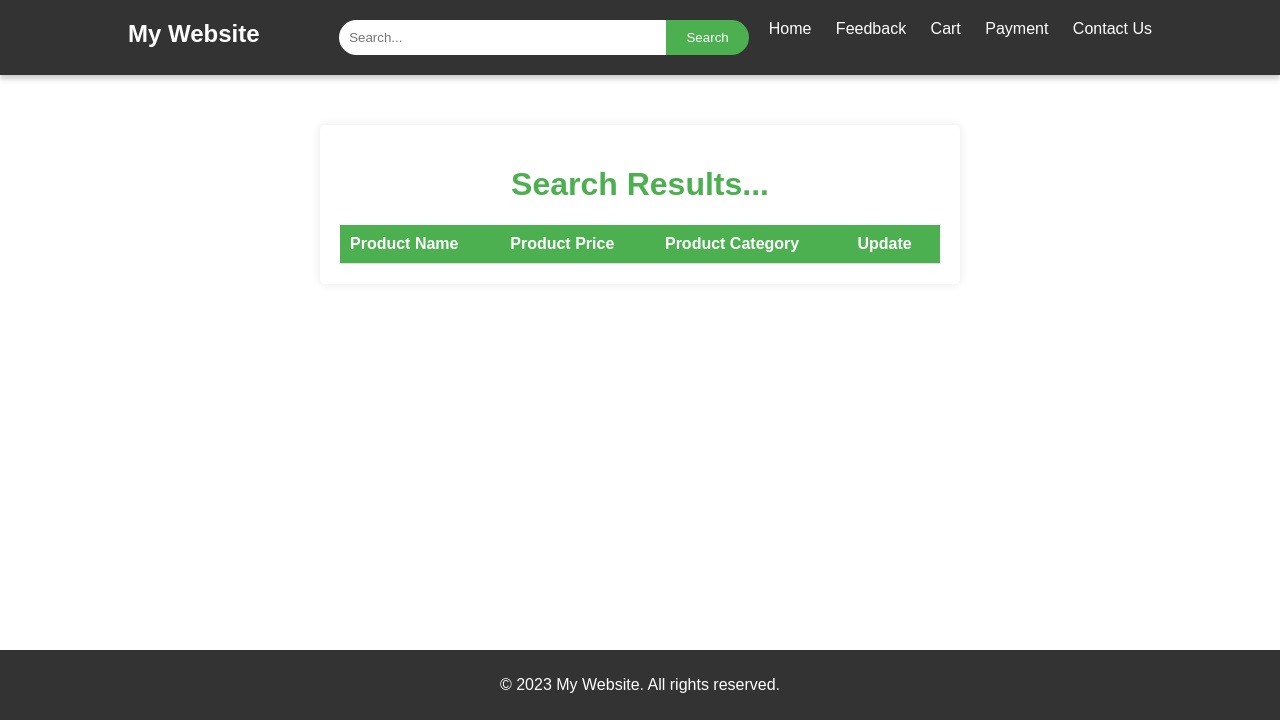
Repository: UrinduYatawakaa/OOP_project
Page: http://localhost/ProductDemo/AllServlet
The author's editor kept a copy of each file at every save. The page is drawn from the files as they stood at one save, then again after the next save.
The browser window is 1280 px wide. The pictures show the whole page.
The page is served by Tomcat 9. Other server files are loaded and not shown. Queries for data that is not in the repository find no rows.

Above is the page before, as saved 2023-10-24 14:22:24.

### oop project/ProductDemo/src/main/webapp/searchbarAdmin.jsp
<%@ page language="java" contentType="text/html; charset=ISO-8859-1"
    pageEncoding="ISO-8859-1"%>
    <%@taglib prefix="c" uri="http://java.sun.com/jsp/jstl/core"%>

<!DOCTYPE html>
<html lang="en">

<head>
    <meta charset="UTF-8">
    <meta name="viewport" content="width=device-width, initial-scale=1.0">
    <link rel="stylesheet" href="css/stylesheader.css" type="text/css">
    <link rel="stylesheet" href="css/category.css" type="text/css">
    <title>Simple Grocery Cart</title>
</head>
<header>
    <div class="container">
        <h1>My Website</h1>
        <nav>
            <ul>
                <li><a href="homePage.jsp">Home</a></li>
                <li><a href="#">Feedback</a></li>
                <li><a href="#">Cart</a></li>
                <li><a href="#">Payment</a></li>
                <li><a href="#">Contact Us</a></li>
            </ul>
        </nav>
        <div class="search-bar">
            <form action="log" method="post">
                <input type="text" name="ProductName" placeholder="Search...">
                <input type="submit" name="submit" value="Search">
            </form>
        </div>

    </div>
</header>

<body>
    <div class="container2">
        <h1>Search Results...</h1>
        <table class="cart">
            <thead>
                <tr>
                    <th>Product Name</th>
                    <th>Product Price</th>
                    <th>Product Category</th>
                    <th>Update</th>
                </tr>
            </thead>
            <c:forEach var="product" items = "${productDetails}" >

            <c:set var="id" value="${product.id}"/>
            <c:set var="name" value="${product.name}"/>
            <c:set var="price" value="${product.price}"/>
            <c:set var="category" value="${product.category}"/>

            <c:url value="updateProduct.jsp" var="productUpdate">
		    <c:param name="id" value="${id}"/>
		    <c:param name="name" value="${name}"/>
		    <c:param name="price" value="${price}"/>
		    <c:param name="category" value="${category}"/>
	        </c:url>

            <tbody>
                <tr>
                    <td>${product.name}</td>
                    <td>${product.price}</td>
                    <td>${product.category}</td>

                    <td>
                        <a href="${productUpdate}">
                            <input type="button" name="update" value="update value"  class="add-to-cart-button">
                            </a>
                    </td>
                </tr>

        </c:forEach>
        </tbody>

        </table>
    </div>
</body>
    <footer>
        <div class="container">
            <p>&copy; 2023 My Website. All rights reserved.</p>
        </div>
    </footer>


</html>

### oop project/ProductDemo/src/main/java/com/product/AllServlet.java
package com.product;

import java.io.IOException;
import java.util.List;

import javax.servlet.RequestDispatcher;
import javax.servlet.ServletException;
import javax.servlet.annotation.WebServlet;
import javax.servlet.http.HttpServlet;
import javax.servlet.http.HttpServletRequest;
import javax.servlet.http.HttpServletResponse;

@WebServlet("/AllServlet")
public class AllServlet extends HttpServlet {
	private static final long serialVersionUID = 1L;

	protected void doGet(HttpServletRequest request, HttpServletResponse response) throws ServletException, IOException {
		String category = request.getParameter("category");

		List<Product> productDetails = ProductDBUtil.getAll();
			request.setAttribute("productDetails", productDetails);

			RequestDispatcher dis = request.getRequestDispatcher("searchbarAdmin.jsp");
			dis.forward(request, response);



	}

}

### oop project/ProductDemo/src/main/java/com/product/ProductDBUtil.java
package com.product;
import java.sql.Connection;
import java.sql.DriverManager;
import java.sql.PreparedStatement;
import java.sql.ResultSet;
import java.sql.Statement;
import java.util.ArrayList;
import java.util.List;


public class ProductDBUtil {

	private static boolean isSuccess;
	private static Connection con = null;
	private static Statement stmt = null;
	private static ResultSet rs = null;

	public static List<Product> getProduct (String name){

		ArrayList<Product> product = new ArrayList<>();



		try {
			//String sql = "select * from product_details where product_name='%''"+name+"''%'";
			con = DBConnect.getConnction();
			stmt = con.createStatement();
			String sql = "SELECT * FROM product_details WHERE product_name LIKE '%" + name + "%'";
			rs = stmt.executeQuery(sql);

			if(rs.next()) {
				int id = rs.getInt(1);
				String productName = rs.getString(2);
				double price = rs.getDouble(3);
				String category = rs.getString(4);

				Product p = new Product(id,productName,price,category);
				product.add(p);
			}

		} catch (Exception e) {
			e.printStackTrace();
		}



		return product;

	}

	public static boolean InsertProduct(String name, String price, String category) {

		boolean isSuccess = false;


		try {
			con = DBConnect.getConnction();
			stmt = con.createStatement();
            double Price = Double.parseDouble(price); // Convert the String to a double

			String sql = "insert into product_details values (0,'"+name+"','"+Price+"','"+category+"')";
			int rs = stmt.executeUpdate(sql); //update to query

			if(rs>0) {
				isSuccess = true;
			} else {
				isSuccess = false;
			}

		} catch (Exception e) {
			e.printStackTrace();
		}


		return isSuccess;
	}

	public static boolean updateProduct(String id, String name, String price, String category) {

		try {
			con = DBConnect.getConnction();
			stmt = con.createStatement();

			double Price = Double.parseDouble(price);

			String sql = "update product_details set product_name='"+name+"', product_price='"+Price+"', product_category='"+category+"' where idproduct_details='"+id+"'";
			int rs = stmt.executeUpdate(sql);

			if(rs > 0) {
				isSuccess = true;
			} else {
				isSuccess = false;
			}

		} catch (Exception e) {
			e.printStackTrace();
		}

		return isSuccess;
	}

	public static List<Product> getProdcutDetails(String id){

		int convertID = Integer.parseInt(id);

		ArrayList<Product> product = new ArrayList<>();

		try {

			con = DBConnect.getConnction();
			stmt = con.createStatement();
			String sql = "SELECT * FROM product_details WHERE idproduct_details='" + convertID + "'";
			rs = stmt.executeQuery(sql);

			while(rs.next()) {
				int ID = rs.getInt(1);
				String productName = rs.getString(2);
				double price = rs.getDouble(3);
				String category = rs.getString(4);

				Product p = new Product(ID,productName,price,category);
				product.add(p);
			}


		} catch (Exception e) {
			e.printStackTrace();
		}

		return product;
	}


	public static List<Product> getCategory(String category){


		ArrayList<Product> product = new ArrayList<>();

		try {

			con = DBConnect.getConnction();
			stmt = con.createStatement();
			String sql = "SELECT * FROM product_details WHERE product_category='" + category + "'";
			rs = stmt.executeQuery(sql);

			while(rs.next()) {
				int ID = rs.getInt(1);
				String productName = rs.getString(2);
				double price = rs.getDouble(3);
				String categoryy = rs.getString(4);

				Product p = new Product(ID,productName,price,categoryy);
				product.add(p);
			}


		} catch (Exception e) {
			e.printStackTrace();
		}

		return product;
	}

//
public static List<Product> getAll(){


		ArrayList<Product> product = new ArrayList<>();

		try {

			con = DBConnect.getConnction();
			stmt = con.createStatement();
			String sql = "SELECT * FROM product_details";
			rs = stmt.executeQuery(sql);

			while(rs.next()) {
				int ID = rs.getInt(1);
				String productName = rs.getString(2);
				double price = rs.getDouble(3);
				String categoryy = rs.getString(4);

				Product p = new Product(ID,productName,price,categoryy);
				product.add(p);
			}


		} catch (Exception e) {
			e.printStackTrace();
		}

		return product;
	}


}

### oop project/ProductDemo/src/main/java/com/product/DBConnect.java
package com.product;

import java.sql.Connection;
import java.sql.DriverManager;

public class DBConnect {

	private static String url = "jdbc:mysql://localhost:3306/product";
	private static String user = "root";
	private static String password = "1234";
	private static Connection con;

	public static Connection getConnction() {

		try {
			Class.forName("com.mysql.jdbc.Driver");

			con = DriverManager.getConnection(url, user, password);

		} catch (Exception e) {
			System.out.println("Database connection failed!");
		}

		return con;

	}

}

### oop project/ProductDemo/src/main/webapp/css/stylesheader.css
@charset "ISO-8859-1";

body {
    font-family: Arial, sans-serif;
    margin: 0;
    padding: 0;
    background-color: #f4f4f4;
}

.container {
    width: 80%;
    margin: 0 auto;
    overflow: hidden;
}

header {
    background-color: #333;
    color: #fff;
    padding: 20px 0;
    box-shadow: 0px 4px 5px 0px rgba(0, 0, 0, 0.2);
}

header h1 {
    float: left;
    margin: 0;
    font-size: 24px;
}

header h1 span {
    color: #4CAF50;
}

nav ul {
    float: right;
    list-style: none;
    margin: 0;
    padding: 0;
}

nav ul li {
    display: inline;
    margin-left: 20px;
}

nav ul li a {
    color: #fff;
    text-decoration: none;
    transition: color 0.3s;
}

nav ul li a:hover {
    color: #4CAF50;
}

.search-bar{
    width: 40%;
    border-left: 10px;
    float:right;
}
.search-bar form {
    display: flex;
}

.search-bar input[type="text"] {
    padding: 10px;
    border: none;
    border-radius: 20px 0 0 20px;
    margin-right: 0;
    flex: 1;
}

.search-bar input[type="submit"] {
    padding: 10px 20px;
    background-color: #4CAF50;
    color: #fff;
    border: none;
    border-radius: 0 20px 20px 0;
    cursor: pointer;
    transition: background-color 0.3s;
}

.search-bar input[type="submit"]:hover {
    background-color: #45a049;
}

footer {
    background-color: #333;
    color: #fff;
    text-align: center;
    padding: 10px 0;
    position: fixed;
    bottom: 0;
    width: 100%;
}

### oop project/ProductDemo/src/main/webapp/css/category.css
@charset "ISO-8859-1";

body {
    font-family: Arial, sans-serif;
    background-color: #fff;
    color: #333;
    margin: 0;
    padding: 0;
}

.container2 {
    max-width: 600px;
    margin: 0 auto;
    padding: 20px;
    background-color: #fff;
    box-shadow: 0 0 10px rgba(0, 0, 0, 0.1);
    border-radius: 5px;
    margin-top: 50px;
}

.container2 h1 {
    text-align: center;
    color: #4CAF50;
}

.cart {
    width: 100%;
    margin-top: 20px;
    border-collapse: collapse;
}

.cart th, .cart td {
    padding: 10px;
    text-align: left;
    border-bottom: 1px solid #ddd;
}

.cart th {
    background-color: #4CAF50;
    color: #fff;
}

.cart tbody tr:hover {
    background-color: #f5f5f5;
}

.add-to-cart-button {
    display: block;
    width: 100px;
    text-align: center;
    background-color: #4CAF50;
    color: #fff;
    padding: 8px 10px;
    text-decoration: none;
    border-radius: 5px;
    margin: 0 auto;
    margin-top: 5px;
}

.add-to-cart-button:hover {
    background-color: #333;
}

After the next save:
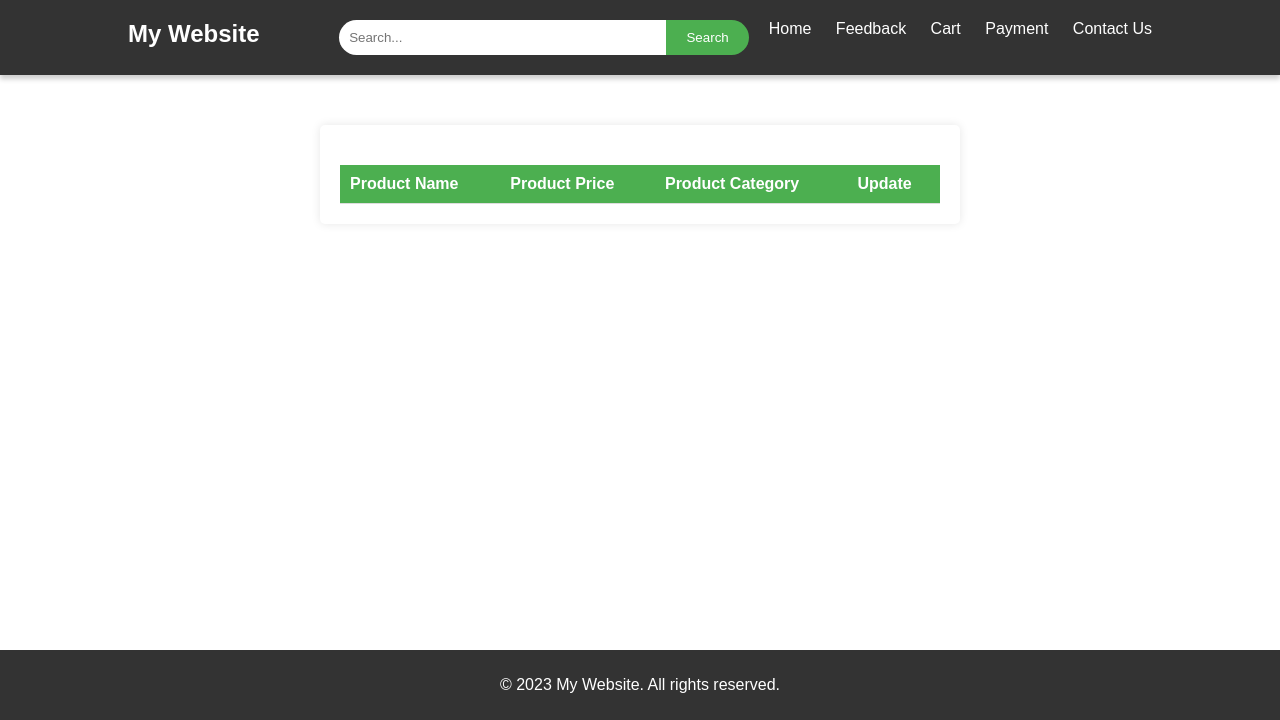
Saved 111 s later.
--- a/oop project/ProductDemo/src/main/webapp/searchbarAdmin.jsp
+++ b/oop project/ProductDemo/src/main/webapp/searchbarAdmin.jsp
@@ -36,7 +36,6 @@
 
 <body>
     <div class="container2">
-        <h1>Search Results...</h1>
         <table class="cart">
             <thead>
                 <tr>
